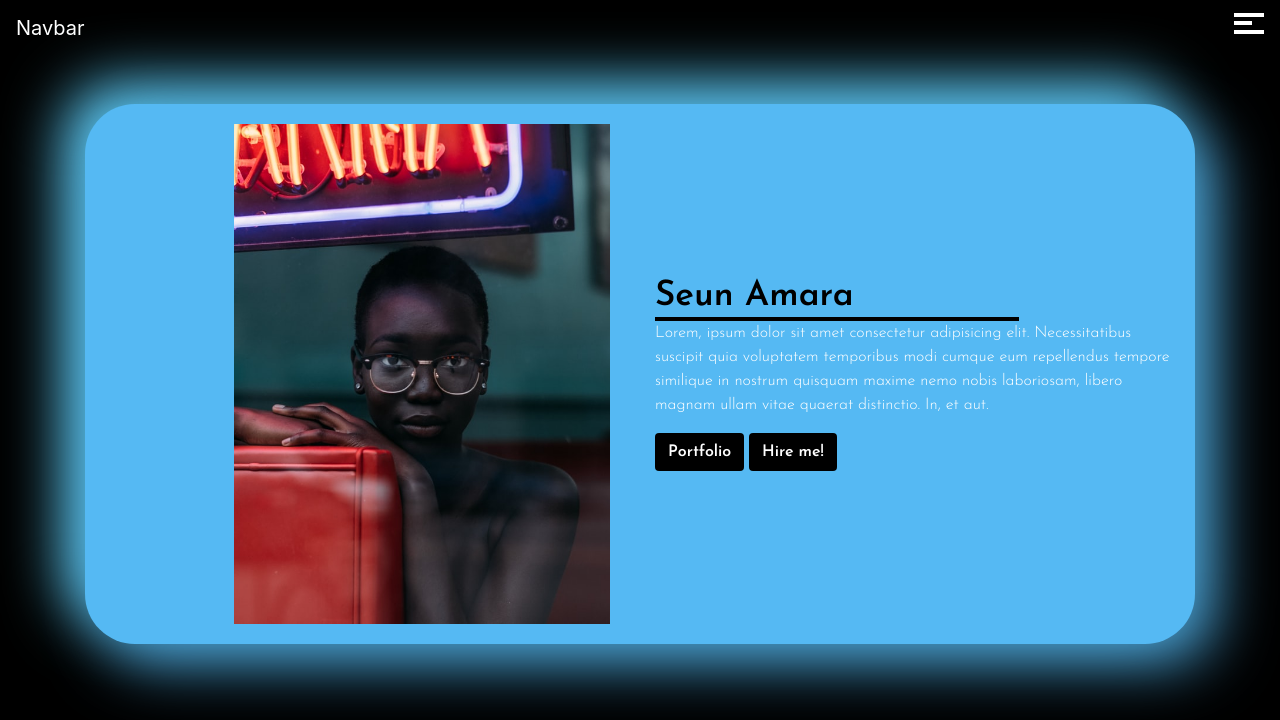
Repository: latenightsnacc/portfolio-site
Page: index.html
These files come from the project's save history. The page is drawn as it stood at one moment and after the next save; the edit follows.
The browser window is 1280 px wide. The pictures show the whole page.
The style sheet was rebuilt from its Sass, Less or Tailwind sources for each picture, by a compiler version that may differ from the author's.

Above is the page before, as saved 2020-08-03 14:48:44.

After the next save:
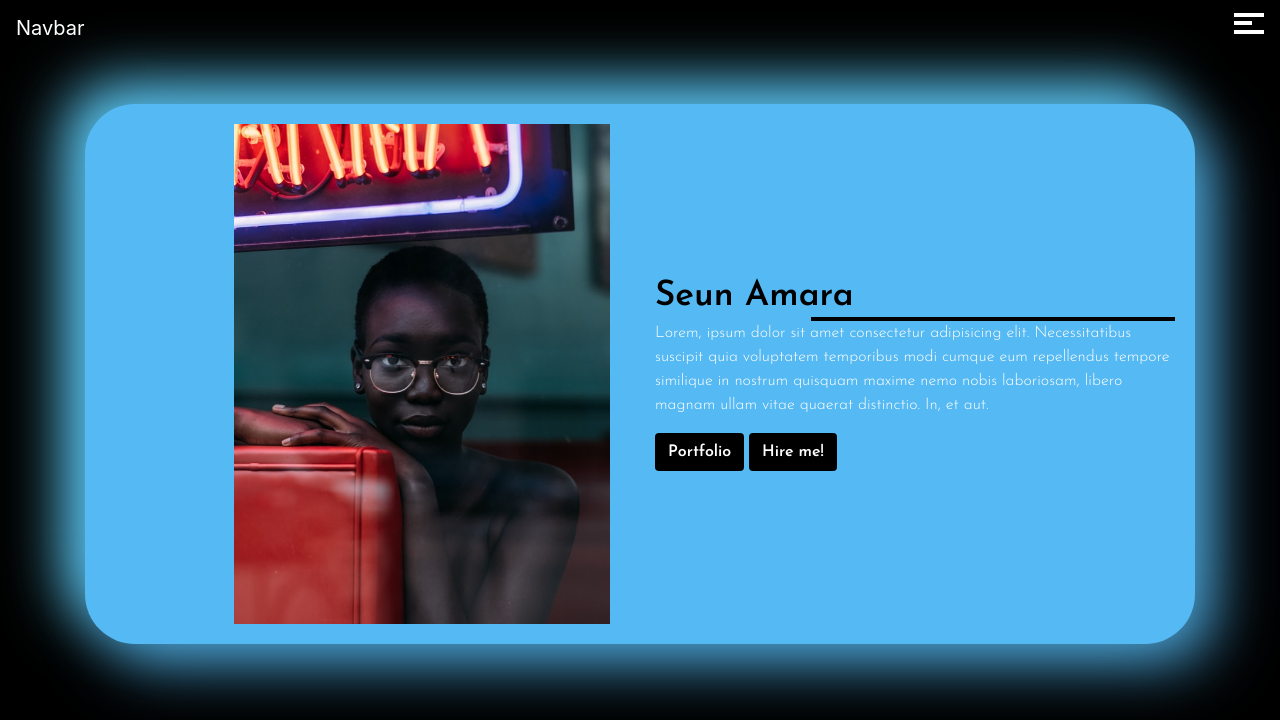
Saved 16 s later.
--- a/styles/stylesheet.scss
+++ b/styles/stylesheet.scss
@@ -20,6 +20,7 @@ body,html, .bg-dark {
 .span {
     display: flex;
     flex-direction: column;
+    align-items: flex-end;
     span{
         border: 2px solid $dark;
         width: 70%;
